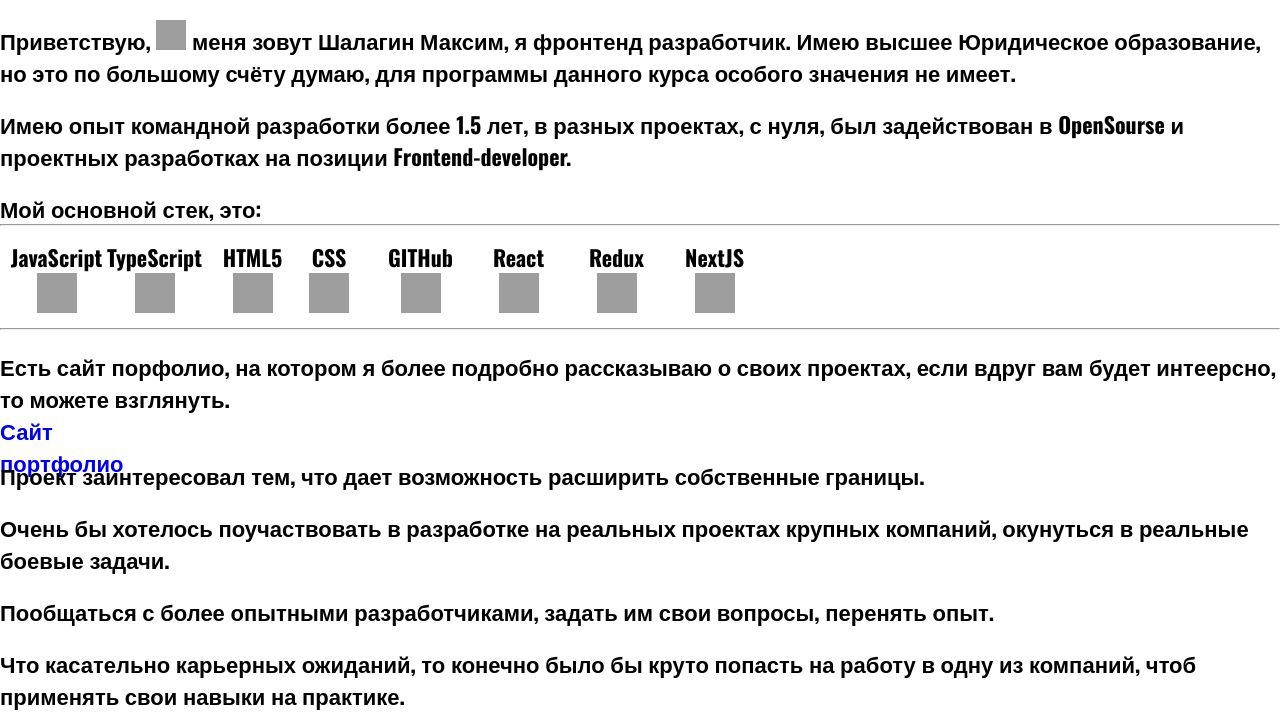
Repository: ni4egonepridumal/letter
Page: index.html
An editor plug-in stored every save of this project. The page is shown before and after the next save, followed by the edit.
The browser window is 1280 px wide. The pictures show the whole page.
Pictures or frames that could not be fetched are drawn as grey boxes.

Above is the page before, as saved 2024-01-18 17:45:29.

### index.html
<!DOCTYPE html>
<html lang="en">
  <head>
    <meta charset="UTF-8" />
    <meta name="viewport" content="width=device-width, initial-scale=1.0" />
    <link rel="stylesheet" href="style.css" />
    <link rel="preconnect" href="https://fonts.googleapis.com" />
    <link rel="preconnect" href="https://fonts.gstatic.com" crossorigin />
    <link
      href="https://fonts.googleapis.com/css2?family=Oswald:wght@200..700&display=swap"
      rel="stylesheet"
    />
    <title>Document</title>
  </head>
  <body>
    <div class="container">
      <p>
        Приветствую,
        <span>
          <img
            src="https://upload.wikimedia.org/wikipedia/commons/thumb/1/17/Noto_Emoji_Pie_1f44b_1f3fb.svg/1024px-Noto_Emoji_Pie_1f44b_1f3fb.svg.png"
            width="30"
            height="30"
            alt="smile"
          /> </span
        >меня зовут Шалагин Максим, я фронтенд разработчик. Имею высшее
        Юридическое образование, но это по большому счёту думаю, для программы
        данного курса особого значения не имеет.
      </p>
      <p>
        Имею опыт командной разработки более 1.5 лет, в разных проектах, с нуля,
        был задействован в OpenSourse и проектных разработках на позиции
        Frontend-developer.
      </p>
      <p>Мой основной стек, это:</p>
      <hr />

      <div class="myScills">
        <div class="img">
          <label>JavaScript</label
          ><img
            src="https://raw.githubusercontent.com/devicons/devicon/master/icons/javascript/javascript-original.svg"
            alt="javascript"
            width="40"
            height="40"
          />
        </div>
        <div class="img">
          <label>TypeScript</label
          ><img
            src="https://raw.githubusercontent.com/devicons/devicon/master/icons/typescript/typescript-original.svg"
            alt="typescript"
            width="40"
            height="40"
          />
        </div>
        <div class="img">
          <label>HTML5</label
          ><img
            src="https://raw.githubusercontent.com/devicons/devicon/master/icons/html5/html5-original-wordmark.svg"
            alt="html5"
            width="40"
            height="40"
          />
        </div>
        <div class="img_css">
          <label>CSS</label
          ><img
            src="https://raw.githubusercontent.com/devicons/devicon/master/icons/css3/css3-original-wordmark.svg"
            alt="css3"
            width="40"
            height="40"
          />
        </div>
        <div class="img">
          <label>GITHub</label
          ><img
            src="https://raw.githubusercontent.com/devicons/devicon/master/icons/github/github-original.svg"
            alt="git"
            width="40"
            height="40"
          />
        </div>
        <div class="img">
          <label>React</label
          ><img
            src="https://raw.githubusercontent.com/devicons/devicon/master/icons/react/react-original-wordmark.svg"
            alt="react"
            width="40"
            height="40"
          />
        </div>
        <div class="img">
          <label>Redux</label
          ><img
            src="https://raw.githubusercontent.com/devicons/devicon/master/icons/redux/redux-original.svg"
            alt="redux"
            width="40"
            height="40"
          />
        </div>
        <div class="img">
          <label>NextJS</label
          ><img
            src="https://cdn.worldvectorlogo.com/logos/nextjs-2.svg"
            alt="nextjs"
            width="40"
            height="40"
          />
        </div>
      </div>
      <hr />

      <p>
        Есть сайт порфолио, на котором я более подробно рассказываю о своих
        проектах, если вдруг вам будет интеерсно, то можете взглянуть.
      </p>
      <div class="inner_href">
        <a class="href" href="https://portfolio-three-taupe-20.vercel.app/"
          >Сайт портфолио</a
        >
      </div>
      <p>
        Проект заинтересовал тем, что дает возможность расширить собственные
        границы.
      </p>
      <p>
        Очень бы хотелось поучаствовать в разработке на реальных проектах
        крупных компаний, окунуться в реальные боевые задачи.
      </p>
      <p>
        Пообщаться с более опытными разработчиками, задать им свои вопросы,
        перенять опыт.
      </p>
      <p>
        Что касательно карьерных ожиданий, то конечно было бы круто попасть на
        работу в одну из компаний, чтоб применять свои навыки на практике.
      </p>
    </div>
  </body>
</html>

### style.css
* {
  margin: 0;
  padding: 0;
  box-sizing: border-box;
}

body {
  font-size: 22px;
  font-weight: 700;
  font-family: "Oswald", sans-serif;
}
p {
  margin-top: 20px;
}
.container {
  max-width: 1600px;
  margin: 0 auto;
}
.myScills {
  display: flex;
  flex-wrap: wrap;
  margin: 15px 0;
}
.img {
  width: 83px;
  display: flex;
  justify-content: center;
  flex-wrap: wrap;
  margin-left: 15px;
}
.img_css {
  width: 70px;
  display: flex;
  justify-content: center;
  flex-wrap: wrap;
}
.inner_href {
  width: 100px;
  height: 25px;
  background-color: linear-gradient(
    78.55deg,
    #7a05ab 0%,
    #ee3d5a 48.44%,
    #f2bc12 100%
  );
}
.href {
  text-decoration: none;
}

After the next save:
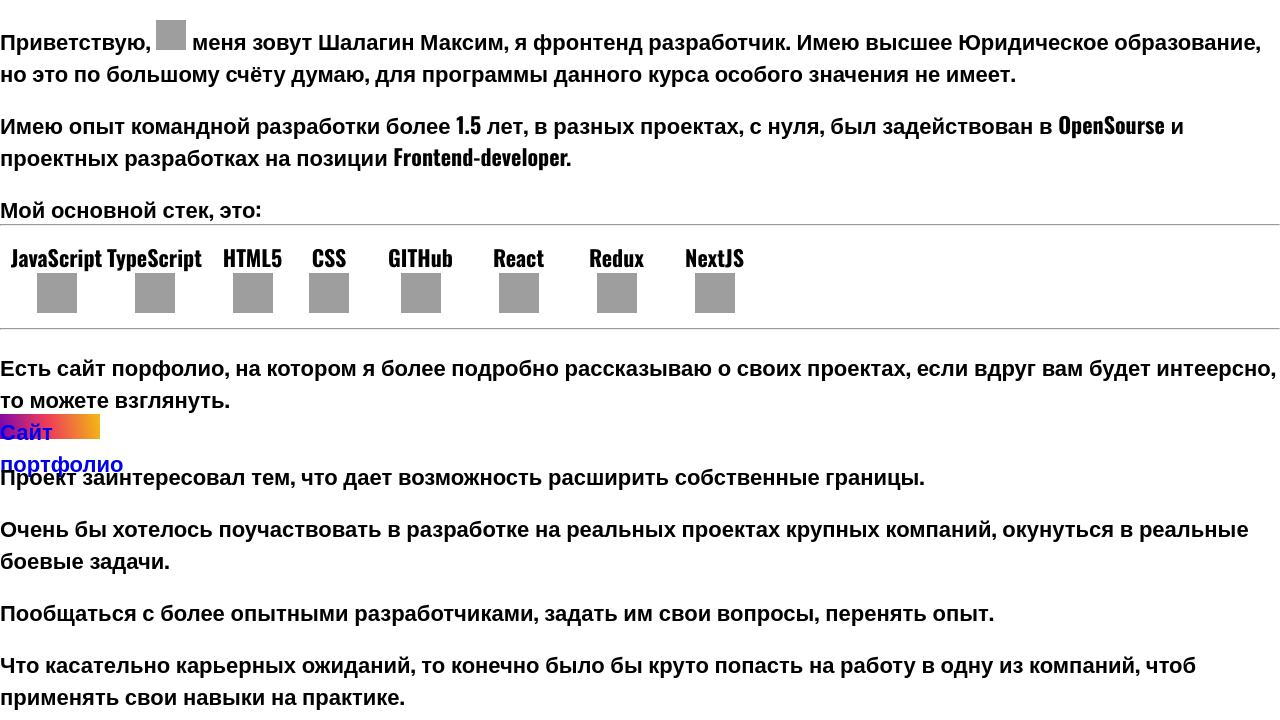
Saved 56 s later.
--- a/style.css
+++ b/style.css
@@ -37,7 +37,7 @@ p {
 .inner_href {
   width: 100px;
   height: 25px;
-  background-color: linear-gradient(
+  background: linear-gradient(
     78.55deg,
     #7a05ab 0%,
     #ee3d5a 48.44%,
